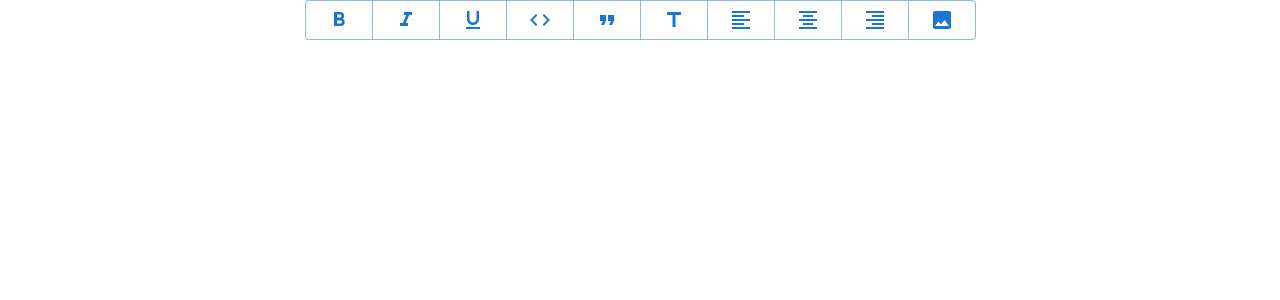
Repository: Judono/typedream_rich_text_editor_project
Page: /toolbar
An editor plug-in stored every save of this project. The page is shown before and after the next save, followed by the edit.
The browser window is 1280 px wide. The pictures show the whole page.
The project was rebuilt for these pictures with package versions that can differ from the ones it lists, and the page was loaded fresh each time. The framework's server and built-in components were replaced by stand-ins that run in the browser. Also part of the build but not shown: next.config.js.

Above is the page before, as saved 2022-11-29 15:04:56.

After the next save:
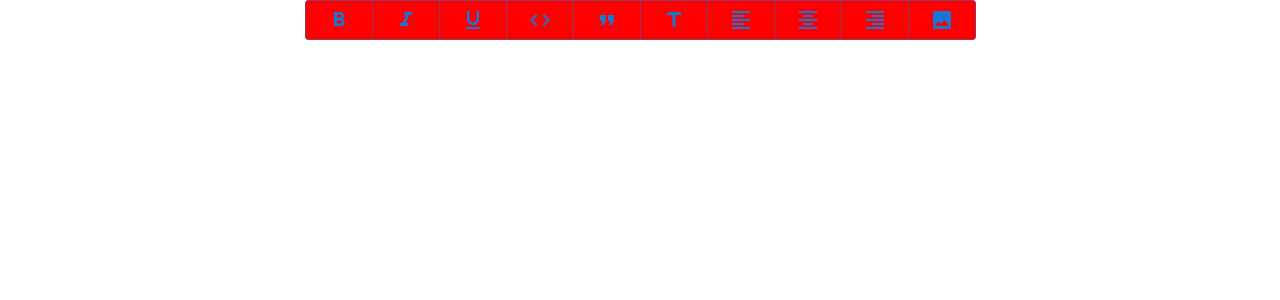
Saved 7 s later.
--- a/pages/toolbar.js
+++ b/pages/toolbar.js
@@ -22,7 +22,7 @@
         <ButtonGroup
             size='large'
             // sx={{color: 'linear-gradient(330deg, #ff0062, #8000ff, #00c0fe)'}}
-            sx={{color: 'red'}} >
+            sx={{backgroundColor: 'red'}} >
 
             {/* bold */}
             <Button onMouseDown={event => {

After the save that followed:
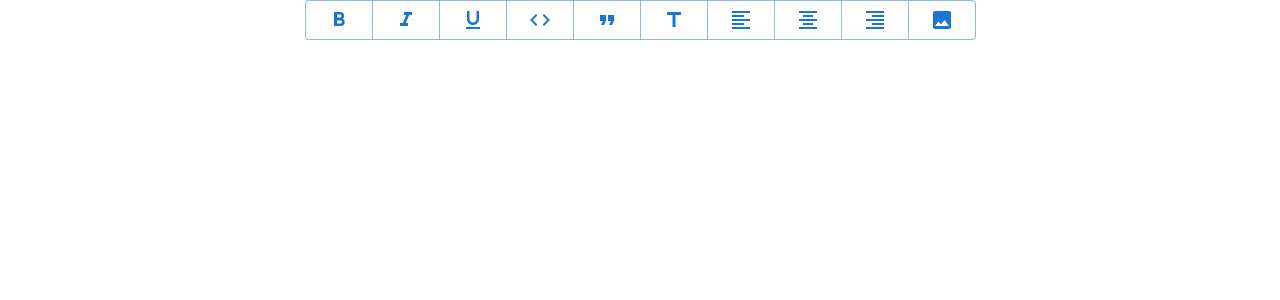
Saved 14 s later.
--- a/pages/toolbar.js
+++ b/pages/toolbar.js
@@ -22,7 +22,7 @@
         <ButtonGroup
             size='large'
             // sx={{color: 'linear-gradient(330deg, #ff0062, #8000ff, #00c0fe)'}}
-            sx={{backgroundColor: 'red'}} >
+            sx={{borderCollapse: 'red'}} >
 
             {/* bold */}
             <Button onMouseDown={event => {
